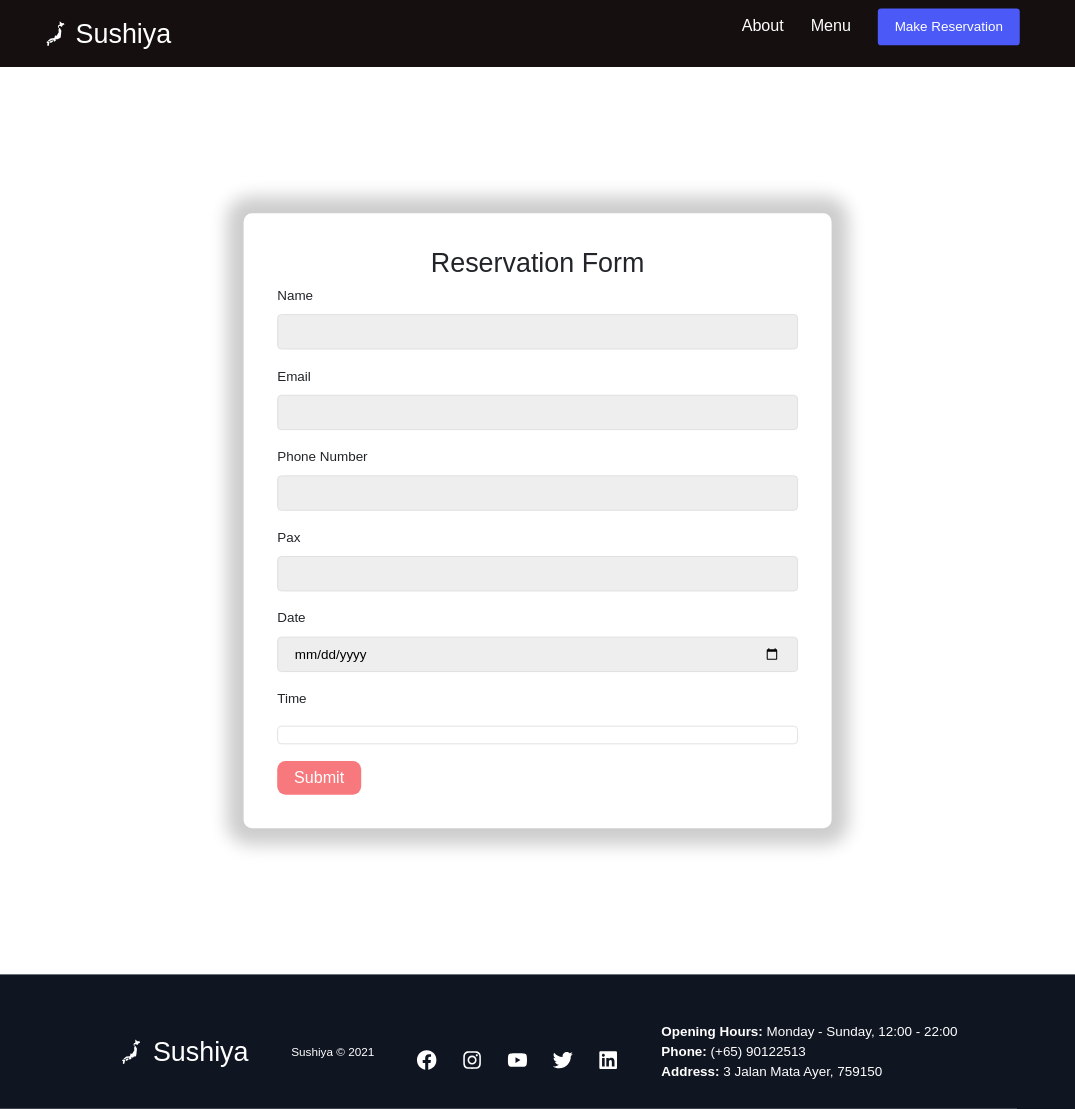
Repository: RuiXiong2211/Sushiroe
Page: /Reservation
These files come from the project's save history. The page is drawn as it stood at one moment and after the next save; the edit follows.
The browser window is 1280 px wide. The pictures show the whole page, at 84% of full size.
The project was rebuilt for these pictures with package versions that can differ from the ones it lists, and the page was loaded fresh each time. Also part of the build but not shown: src/components/InfoSection/InfoSection.elements.js, src/components/InfoSection/InfoSection.js, src/components/ProductSection/ProductSection.elements.js, src/components/ProductSection/ProductSection.js, src/data/home/Data.js, src/pages/HomePage/Home.js, src/data/menu/Data.js, src/pages/Menu/Menu.js.

Above is the page before, as saved 2021-07-12 18:12:54.

### src/App.js
import React from 'react'
import 'bootstrap/dist/css/bootstrap.min.css';
import { BrowserRouter as Router, Switch, Route } from 'react-router-dom'
import { Navbar, Footer } from './components'
import ScrollToTop from './components/ScrollToTop'
import GlobalStyle from './globalStyles'
import Home from './pages/HomePage/Home'
import Menu from './pages/Menu/Menu'
import Reservation from './pages/Reservation/ReservationPage'

function App() {
  return (
    <Router>
      <GlobalStyle />
      <ScrollToTop />
      <Navbar />
      <Switch>
        <Route path="/" exact component={Home} />
        <Route path="/Menu" exact component={Menu} />
        <Route path="/Reservation" exact component={Reservation} />
      </Switch>
      <Footer />
    </Router>
  );
}

export default App;

### src/components/index.js
export { default as Navbar } from './Navbar/Navbar.js'
export { default as Footer } from './Footer/Footer.js'
export { default as InfoSection } from './InfoSection/InfoSection.js'
export { default as ProductSection } from './ProductSection/ProductSection.js'

### src/components/ScrollToTop.js
import { useEffect } from 'react'
import { useLocation } from 'react-router-dom'

export default function ScrollToTop() {
    const { pathname } = useLocation()
    useEffect(() => {
        window.scrollTo(0, 0);
    },
    [pathname]
    )

    return null
}

### src/globalStyles.js
import styled, {createGlobalStyle} from 'styled-components'

const GlobalStyle = createGlobalStyle`
* {
    box-sizing: border-box;
    margin: 0;
    padding: 0;
    font-family: 'Source Sans Pro', sans-serif
}
`;

export const Container = styled.div`
    z-index: 1;
    width: 100%;
    max-width: 1300px;
    margin-right: auto;
    margin-left: auto;
    padding-right: 50px;
    padding-left: 50px;

    @media screen and (max-width: 991px) {
        padding-right: 30px;
        padding-left: 30px;
    }
`
export const Button = styled.button`
    border-radius: 4px;
    background: ${({primary}) => (primary ? '#4B59F7' : '#0467FB')};
    white-space: nowrap;
    padding: ${({big}) => (big ? '12px 64px' : '10px 20px')};
    color: #fff;
    font-size: ${({fontBig}) => (fontBig ? '20px' : '16px')};
    outline: none;
    border: none;
    cursor: pointer;

    &:hover {
        transition: all 0.3s ease-out;
        background: #fff;
        background: ${({primary}) => (primary ? '#0467FB' : '#4B59F7')};
    }

    @media screen and (max-width: 960px) {
        width: 100%;
    }
 `

export default GlobalStyle

### src/pages/Reservation/ReservationPage.js
import React from 'react'
import Reservation from '../../components/Reservation/Reservation'

const ReservationPage = () => {
    return (
        <>
            <Reservation />
        </>
    )
}

export default ReservationPage

### src/components/Navbar/Navbar.js
import React, { useState, useEffect } from "react";
import { Button } from '../../globalStyles';
import {
  Nav,
  NavbarContainer,
  NavLogo,
  NavIcon,
  MobileIcon,
  MobileIconButton,
  NavMenu,
  NavItem,
  NavLinks,
  NavItemBtn,
  NavBtnLink,
} from "./Navbar.elements";

const Navbar = () => {

  const [click, setClick] = useState(false)
  const [button, setButton] = useState(true)

  const handleClick = () => setClick(!click)
  const showButton = () => {
      if (window.innerWidth <= 960) {
          setButton(false)
      } else {
        setButton(true)

      }
  }

  useEffect(() => {
      showButton()
  }, [])

  window.addEventListener('resize', showButton);


  return (
    <>
      <Nav>
        <NavbarContainer>
          <NavLogo to="/">
            <NavIcon />
            Sushiya
          </NavLogo>
          <MobileIcon onClick={handleClick}>
            <MobileIconButton click={click} />
          </MobileIcon>
          <NavMenu onClick={handleClick} click={click}>
              <NavItem>
                  <NavLinks to='/'>
                      About
                  </NavLinks>
              </NavItem>
              <NavItem>
                  <NavLinks to='/Menu'>
                      Menu
                  </NavLinks>
              </NavItem>
              <NavItemBtn>
                {button ? (
                  <NavBtnLink to='/Reservation'>
                    <Button primary>
                      Make Reservation
                      </Button>
                  </NavBtnLink>
                ) : (
                  <NavBtnLink to='/Reservation'>
                    <Button fontBig primary>
                      Make Reservation
                    </Button>
                  </NavBtnLink>
                )}
              </NavItemBtn>
          </NavMenu>
        </NavbarContainer>
      </Nav>
    </>
  );
};

export default Navbar;

### src/components/Footer/Footer.js
import React from "react";

import {
  FaFacebook,
  FaInstagram,
  FaYoutube,
  FaTwitter,
  FaLinkedin,
} from "react-icons/fa";

import {
  FooterContainer,
  SocialMedia,
  SocialMediaWrap,
  SocialLogo,
  SocialIcon,
  WebsiteRights,
  SocialIcons,
  SocialIconLink,
  ContactUs,
} from "./Footer.elements";

function Footer() {
  return (
    <FooterContainer>
      <SocialMedia>
        <SocialMediaWrap>
          <SocialLogo to="/">
            <SocialIcon />
            Sushiya
          </SocialLogo>
          <WebsiteRights>Sushiya © 2021</WebsiteRights>
          <SocialIcons>
            <SocialIconLink href="/" target="_blank" aria-label="Facebook">
              <FaFacebook />
            </SocialIconLink>
            <SocialIconLink href="/" target="_blank" aria-label="Instagram">
              <FaInstagram />
            </SocialIconLink>
            <SocialIconLink
              href=
                "https:youtube.com/"
              rel="noopener noreferrer"
              target="_blank"
              aria-label="Youtube"
            >
              <FaYoutube />
            </SocialIconLink>
            <SocialIconLink href="/" target="_blank" aria-label="Twitter">
              <FaTwitter />
            </SocialIconLink>
            <SocialIconLink href="/" target="_blank" aria-label="LinkedIn">
              <FaLinkedin />
            </SocialIconLink>
          </SocialIcons>
          <ContactUs>
          <strong>Opening Hours: </strong>
          Monday - Sunday,
          12:00 - 22:00
          <br/>
          <strong>Phone: </strong>
          (+65) 90122513
          <br/>
          <strong>Address: </strong>
          3 Jalan Mata Ayer, 759150
      </ContactUs>
        </SocialMediaWrap>
      </SocialMedia>
    </FooterContainer>
  );
}

export default Footer;

### src/components/Reservation/Reservation.js
import React, { useState } from "react";

import {
  Header,
  StyledFormWrapper,
  StyledForm,
  StyledInput,
  StyledError,
  StyledButton,
  StyledFieldset,
} from "./Reservation.elements";

const Reservation = () => {
  let initialState = {
    name: "",
    email: "",
    phone: "",
    pax: "",
    date: "",
    time: "",
  };

  const [state, setState] = useState(initialState);
  const [error, setError] = useState("");

  const handleSubmit = (e) => {
    e.preventDefault();
    console.log(state);

    for (let key in state) {
      if (state[key] === "") {
        setError(`*You must provide the ${key} details.`);
        return;
      }
    }
    setError("*We have received your reservation!");
    initialState = {
      name: "",
      email: "",
      phone: "",
      pax: "",
      date: "",
      time: "",
    };
    setState(initialState);
    console.log(state);
  };

  const handleInput = (e) => {
    const inputField = e.currentTarget.name;
    const value = e.currentTarget.value;

    setState((prev) => ({ ...prev, [inputField]: value }));
  };

  const radioButtons = () => {
    let startTime = 12;
    for (let i = 0; i < 9; i++) {
      <label>
        <input
          type="radio"
          value={startTime}
          name="time"
          checked={state.time === "12:00"}
          onChange={handleInput}
        />
        {startTime + ":00"}
      </label>;
    }
  };

  return (
    <>
      <StyledFormWrapper>
        <StyledForm onSubmit={handleSubmit}>
          <Header>Reservation Form</Header>
          <label htmlFor="name"> Name </label>
          <StyledInput
            type="text"
            name="name"
            value={state.name}
            onChange={handleInput}
          />
          <label htmlFor="email"> Email </label>
          <StyledInput
            type="email"
            name="email"
            value={state.email}
            onChange={handleInput}
          />
          <label htmlFor="phone"> Phone Number </label>
          <StyledInput
            type="text"
            name="phone"
            value={state.phone}
            onChange={handleInput}
          />
          <label htmlFor="pax"> Pax </label>
          <StyledInput
            type="number"
            name="pax"
            min="0"
            max="5"
            value={state.pax}
            onChange={handleInput}
          />
          <label htmlFor="date"> Date </label>
          <StyledInput
            type="date"
            name="date"
            min="2021-07-12"
            value={state.date}
            onChange={handleInput}
          />
          <label htmlFor="time"> Time </label>
          <StyledFieldset>
            <radioButtons />
          </StyledFieldset>
          {error && (
            <StyledError>
              <p>{error}</p>
            </StyledError>
          )}
          <StyledButton type="submit">Submit</StyledButton>
        </StyledForm>
      </StyledFormWrapper>
    </>
  );
};

export default Reservation;

### src/components/Navbar/Navbar.elements.js
import styled from 'styled-components'
import { Container } from '../../globalStyles'
import { Link } from 'react-router-dom'
import { FaTimes, FaBars } from 'react-icons/fa'
import { GiJapan } from 'react-icons/gi'

export const Nav = styled.nav`
    background: #150f0f;
    height: 80px;
    display: flex;
    justify-content: center;
    align-items: center;
    font-size: 1.2rem;
    position: sticky;
    top: 0;
    z-index: 999;
`;

export const NavbarContainer = styled(Container)`
    display: flex;
    justify-content: space-between;
    height: 80px;

    ${Container}
`;

export const NavLogo = styled(Link)`
    color: #fff;
    justify-self: flex-start;
    cursor: pointer;
    text-decoration: none;
    font-size: 2rem;
    display: flex;
    align-items: center;
`;

export const NavIcon = styled(GiJapan)`
    margin-right: 0.5rem;
`;

export const MobileIcon = styled.div`
    display: none;

    @media screen and (max-width: 960px) {
        display: block;
        position: absolute;
        top: 0;
        right: 0;
        transform: translate(-100%, 60%);
        font-size: 1.8rem;
        cursor: pointer;
        color: #fff;
    }
`

export const MobileIconButton = ({click}) => {
    return (
        click ? <FaTimes /> : <FaBars />
    )
}

export const NavMenu = styled.ul`
    display: flex;
    align-items: center;
    list-style: none;
    text-align: center;

    @media screen and (max-width: 960px) {
        display: flex;
        flex-direction: column;
        width: 100%;
        height: 90vh;
        position: absolute;
        top: 80px;
        left: ${({click}) => (click ? 0 : '-100%')};
        opacity: 1;
        transition: all 0.5s ease;
        background: #101522;
    }
`

export const NavItem = styled.li`
    height: 80px;
    border-bottom: 2px solid transparent;

    &:hover {
        border-bottom: 2px solid yellow;
    }

    @media screen and (max-width: 960px) {
        width: 100%;

        &:hover {
            border: none;
        }
    }
`

export const NavLinks = styled(Link)`
    color: #fff;
    display: flex;
    align-items: center;
    text-decoration: none;
    padding: 0.5rem 1rem;
    height: 100%;

    @media screen and (max-width: 960px) {
        text-align: center;
        padding: 2rem;
        width: 100%;
        display: table;

        &:hover {
            color: #4b59f7;
            transition: all 0.3s ease;
        }
    }
`

export const NavItemBtn = styled.li`
  @media screen and (max-width: 960px) {
    display: flex;
    justify-content: center;
    align-items: center;
    width: 100%;
    height: 120px;
  }
`

export const NavBtnLink = styled(Link)`
  display: flex;
  justify-content: center;
  align-items: center;
  text-decoration: none;
  padding: 8px 16px;
  height: 100%;
  width: 100%;
  border: none;
  outline: none;
`

### src/components/Footer/Footer.elements.js
import styled from 'styled-components';
import { GiJapan } from 'react-icons/gi'
import { Link } from 'react-router-dom';

export const FooterContainer = styled.div`
  background-color: #101522;
  padding: 1rem 0 1rem 0;
  display: flex;
  flex-direction: column;
  justify-content: center;
  align-items: center;
`;

export const SocialMedia = styled.section`
  max-width: 1300px;
  width: 100%;
`;

export const SocialMediaWrap = styled.div`
  display: flex;
  justify-content: space-between;
  align-items: center;
  width: 90%;
  max-width: 1000px;
  margin: 40px auto 0 auto;
  @media screen and (max-width: 820px) {
    flex-direction: column;
  }
`;

export const SocialLogo = styled(Link)`
  color: #fff;
  justify-self: start;
  cursor: pointer;
  text-decoration: none;
  font-size: 2rem;
  display: flex;
  align-items: center;
  margin-bottom: 16px;
`;

export const SocialIcon = styled(GiJapan)`
  margin-right: 10px;
`;

export const WebsiteRights = styled.small`
  color: #fff;
  margin-bottom: 16px;
`;

export const SocialIcons = styled.div`
  display: flex;
  justify-content: space-between;
  align-items: center;
  width: 240px;
`;

export const SocialIconLink = styled.a`
  color: #fff;
  font-size: 24px;
`;

export const ContactUs = styled.div`
    color: #fff;
    font-size: 16px;
    padding: 0 0 1rem 0;
`

### src/components/Reservation/Reservation.elements.js
import styled, {css} from 'styled-components'

const sharedStyles = css`
    background-color: #eee;
    height: 40px;
    border-radius: 5px;
    border: 1px solid #ddd;
    margin: 10px 0 20px 0;
    padding: 20px;
    box-sizing: border-box;
`

export const Header = styled.h2`
    text-align: center;
`

export const StyledFormWrapper = styled.div`
    display: flex;
    justify-content: center;
    align-items: center;
    height: 150vh;
    padding: 0 20px;
`

export const StyledForm = styled.form`
    width: 100%;
    max-width: 700px;
    padding: 40px;
    background-color: #fff;
    border-radius: 10px;
    box-sizing: border-box;
    box-shadow: 0px 0px 20px 20px rgba(0, 0, 0, 0.2);
`
export const StyledInput = styled.input`
    display: block;
    width: 100%;
    ${sharedStyles};
`

export const StyledButton = styled.button`
    display: block;
    background-color: #f7797d;
    color: #fff;
    font-size: 1.2rem;
    border: 0;
    border-radius: 10px;
    height: 40px;
    padding: 0 20px;
    cursor: pointer;
    box-sizing: border-box;

    &:hover{
        background-color: crimson;
    }
`

export const StyledError = styled.div`
    color: black;
    font-weight: 400;
    margin: 0 0 40px 40px;
`
export const StyledFieldset = styled.fieldset`
  border: 1px solid #ddd;
  border-radius: 5px;
  padding: 10px;
  margin: 20px 0;
  legend {
    padding: 0 10px;
  }
  label {
    padding-right: 20px;
  }
  input {
    margin-right: 10px;
  }
`;

Loaded but not shown: public/index.html (common file); src/index.js (common file)

After the next save:
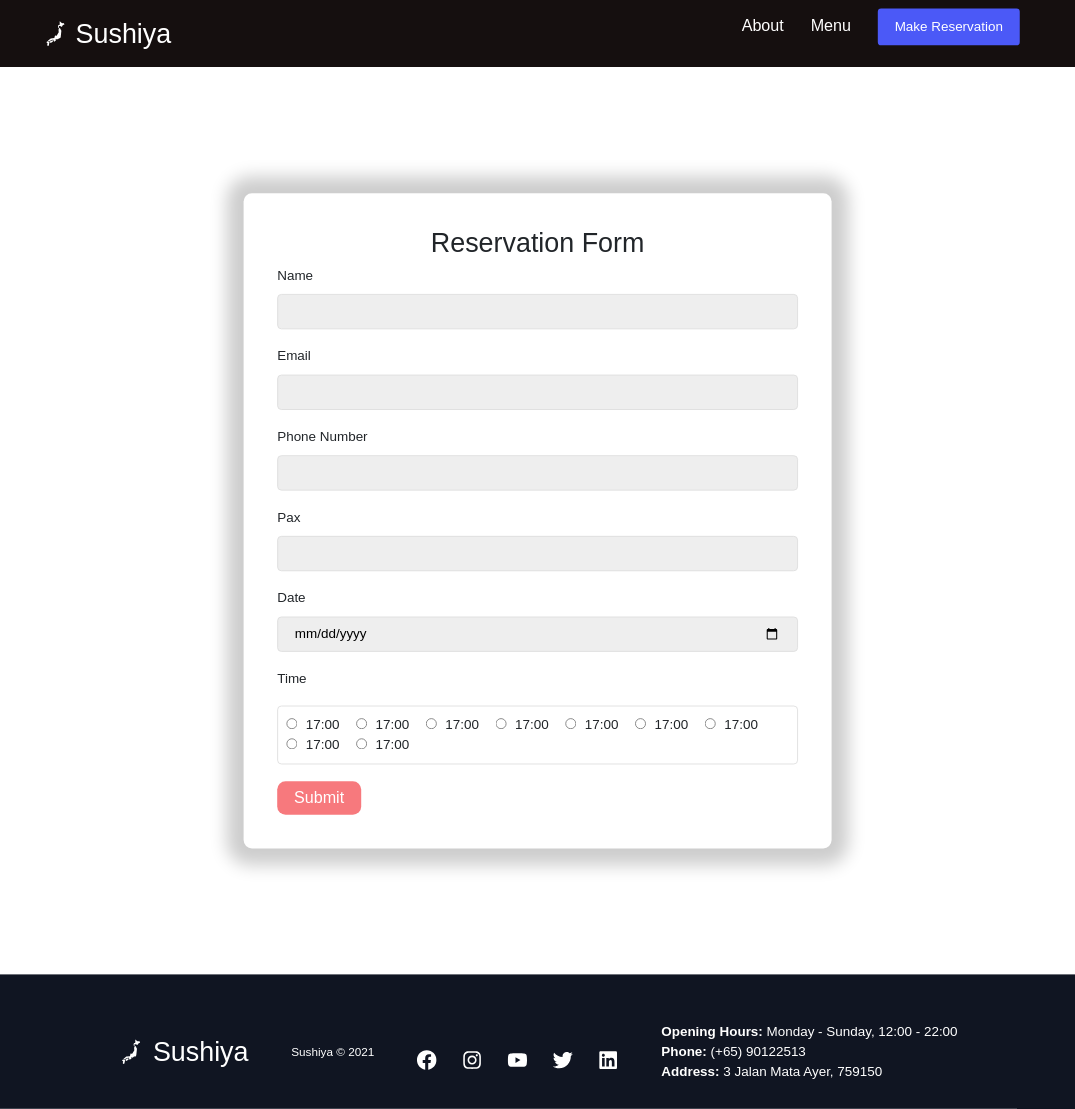
Saved 27 min 9 s later.
--- a/src/components/Reservation/Reservation.js
+++ b/src/components/Reservation/Reservation.js
@@ -53,21 +53,17 @@ const Reservation = () => {
     setState((prev) => ({ ...prev, [inputField]: value }));
   };
 
-  const radioButtons = () => {
-    let startTime = 12;
-    for (let i = 0; i < 9; i++) {
-      <label>
-        <input
-          type="radio"
-          value={startTime}
-          name="time"
-          checked={state.time === "12:00"}
-          onChange={handleInput}
-        />
-        {startTime + ":00"}
-      </label>;
-    }
-  };
+  const timeSlots = [
+    "12:00",
+    "13:00",
+    "14:00",
+    "15:00",
+    "16:00",
+    "17:00",
+    "18:00",
+    "19:00",
+    "20:00",
+  ];
 
   return (
     <>
@@ -114,7 +110,20 @@ const Reservation = () => {
           />
           <label htmlFor="time"> Time </label>
           <StyledFieldset>
-            <radioButtons />
+            {timeSlots.map((slot, index) => {
+              return (
+                <label key={index}>
+                  <input
+                    type="radio"
+                    value="17:00"
+                    name="time"
+                    checked={state.time === "17:00"}
+                    onChange={handleInput}
+                  />
+                  17:00
+                </label>
+              );
+            })}
           </StyledFieldset>
           {error && (
             <StyledError>
